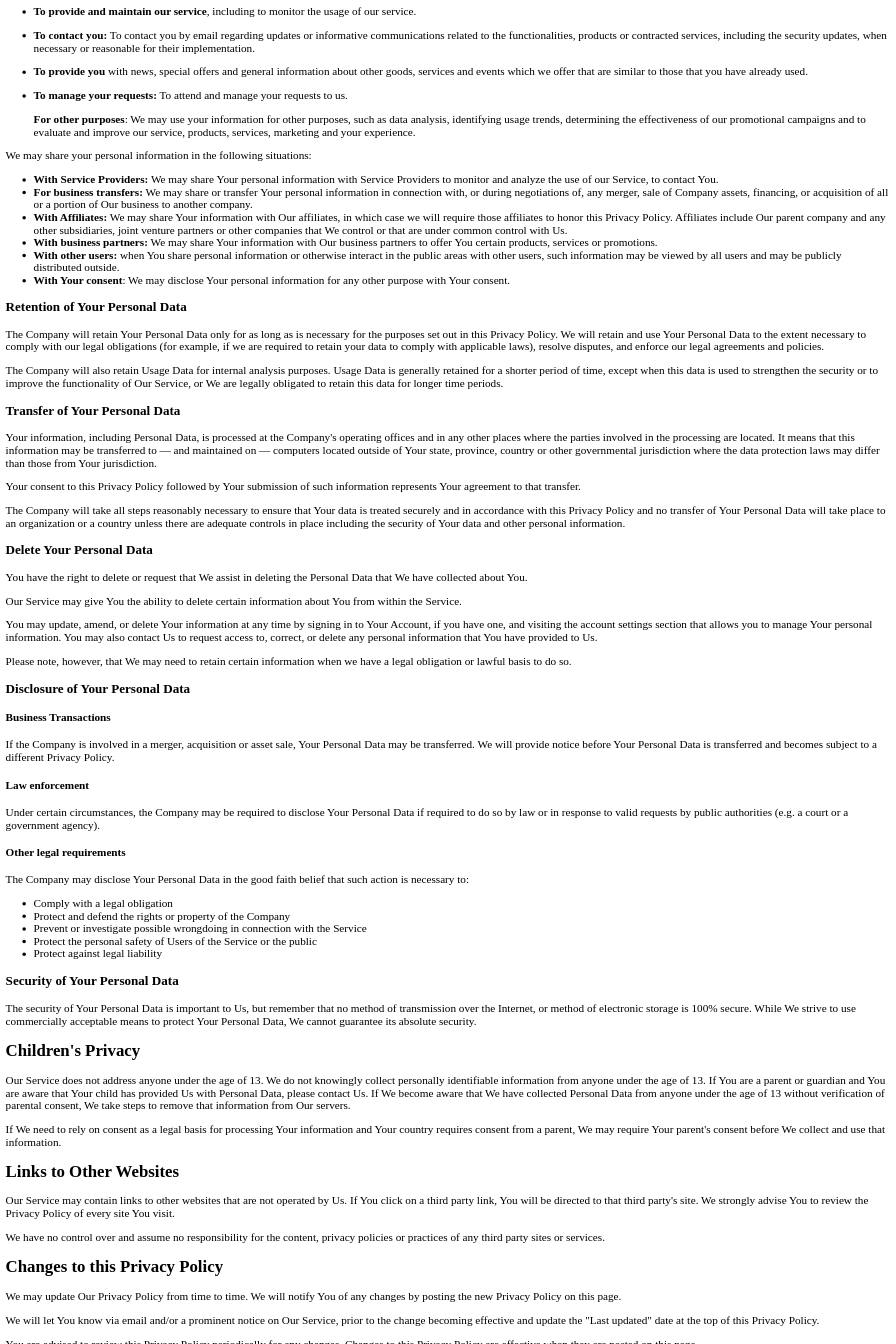
Repository: danielzhang2001/Clodbot
Page: privacy-policy.html
These files come from the project's save history. The page is drawn as it stood at one moment and after the next save; the edit follows.
The browser window is 1280 px wide. The pictures show the part of the page from y = 1341 to 3261 px (the page is 3406 px tall before and 3352 px after), at 70% of full size.

Above is the page before, as saved 2024-04-18 01:26:01.

After the next save:
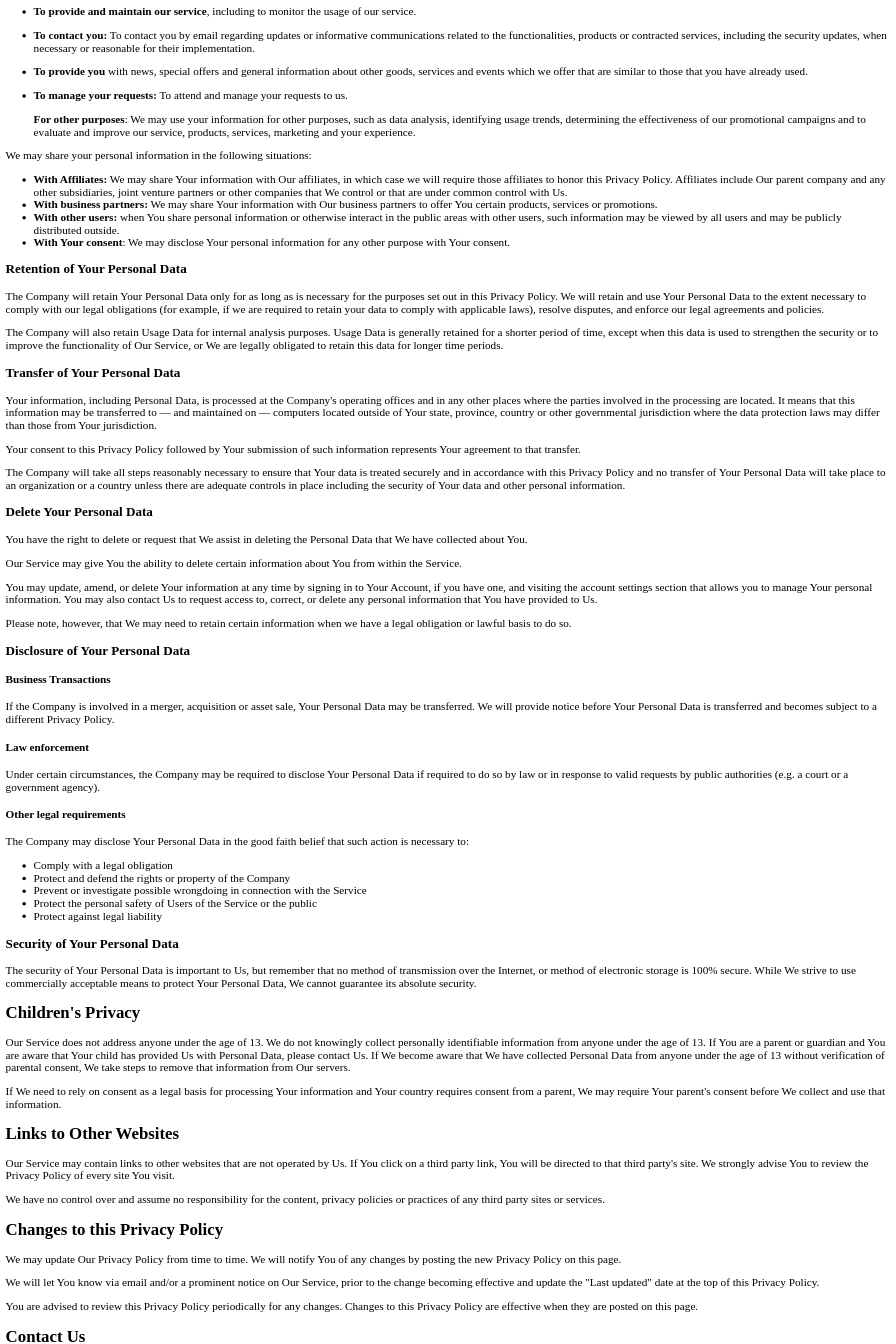
Saved 45 s later.
--- a/privacy-policy.html
+++ b/privacy-policy.html
@@ -102,11 +102,6 @@
 </ul>
 <p>We may share your personal information in the following situations:</p>
 <ul>
-  <li><strong>With Service Providers:</strong> We may share Your personal information with Service Providers to monitor
-    and analyze the use of our Service, to contact You.</li>
-  <li><strong>For business transfers:</strong> We may share or transfer Your personal information in connection with, or
-    during negotiations of, any merger, sale of Company assets, financing, or acquisition of all or a portion of Our
-    business to another company.</li>
   <li><strong>With Affiliates:</strong> We may share Your information with Our affiliates, in which case we will require
     those affiliates to honor this Privacy Policy. Affiliates include Our parent company and any other subsidiaries,
     joint venture partners or other companies that We control or that are under common control with Us.</li>
